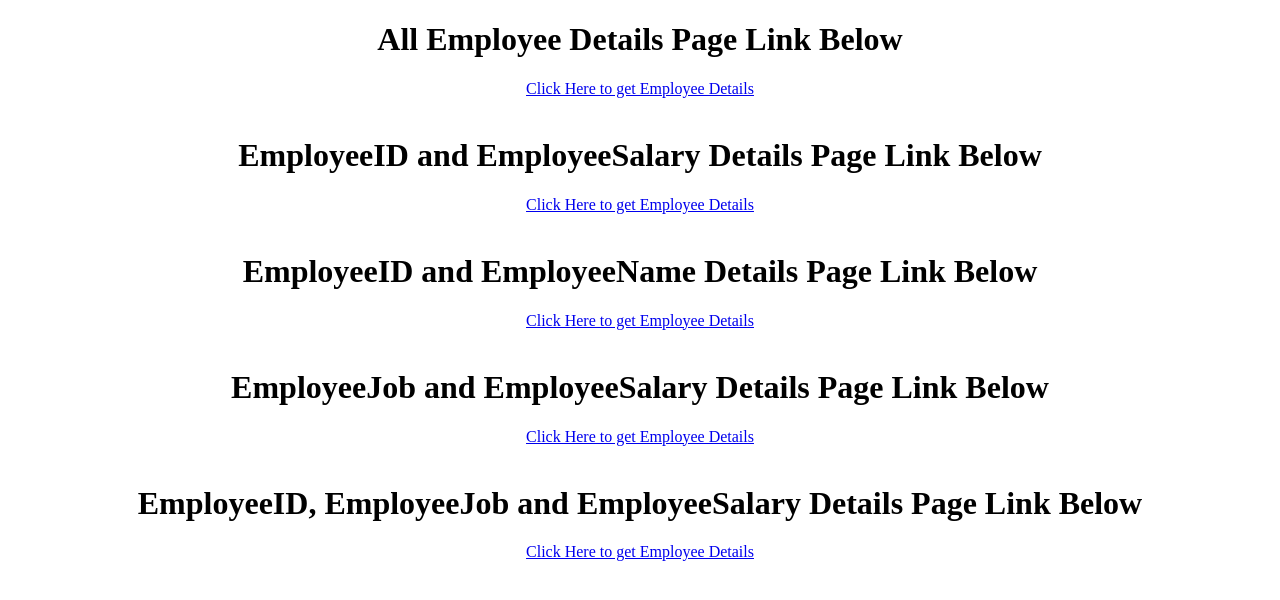
Repository: RhutujaBD/SpringMVCSession
Page: http://localhost/Spring-MVC-JDBCTemplate/WEB-INF/pages/home.jsp
The author's editor kept a copy of each file at every save. The page is drawn from the files as they stood at one save, then again after the next save.
The browser window is 1280 px wide. The pictures show the whole page.
The page is served by Tomcat 9. Nobody is signed in. The template is opened directly, without the code that normally fills it, so the values that code supplies are empty.

Above is the page before, as saved 2023-03-29 04:17:08.

After the next save:
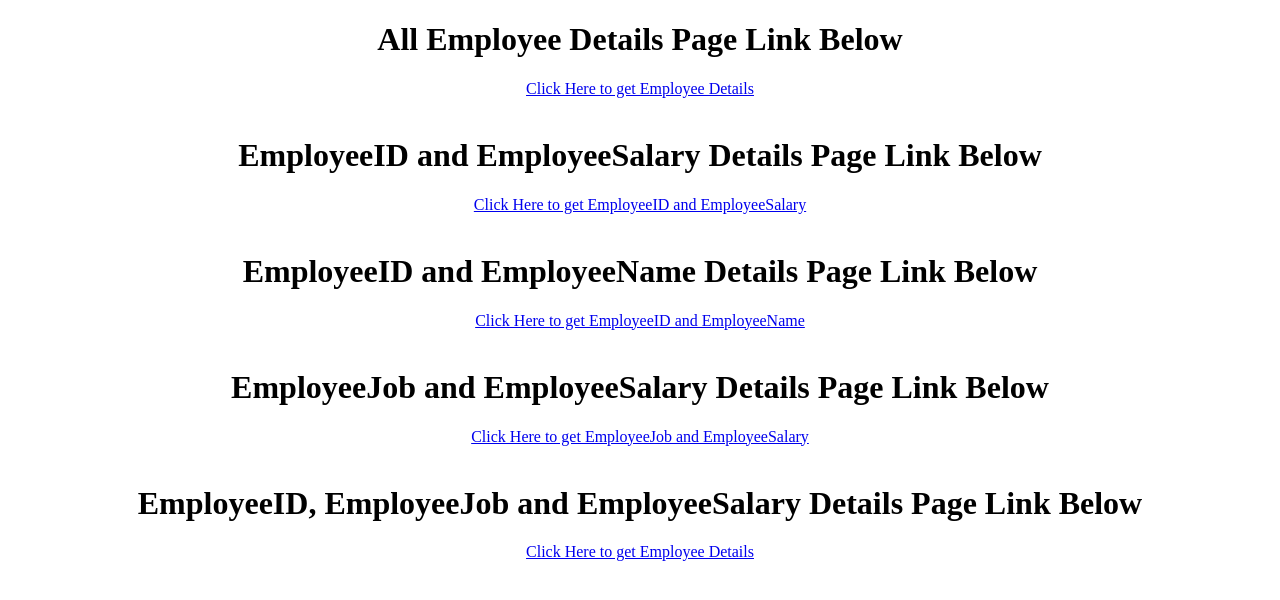
Saved 45 s later.
--- a/Spring-MVC-JDBCTemplate/src/main/webapp/WEB-INF/pages/home.jsp
+++ b/Spring-MVC-JDBCTemplate/src/main/webapp/WEB-INF/pages/home.jsp
@@ -11,13 +11,13 @@
 	<div align="center"><a href="list_employees.htm">Click Here to get Employee Details</a></div>
 	<br />
 	<h1 align="center">EmployeeID and EmployeeSalary Details Page Link Below</h1>
-	<div align="center"><a href="list_employees.htm">Click Here to get Employee Details</a></div>
+	<div align="center"><a href="list_employees.htm">Click Here to get EmployeeID and EmployeeSalary</a></div>
 	<br />
 	<h1 align="center">EmployeeID and  EmployeeName Details Page Link Below</h1>
-	<div align="center"><a href="list_employees.htm">Click Here to get Employee Details</a></div>
+	<div align="center"><a href="list_employees.htm">Click Here to get EmployeeID and  EmployeeName</a></div>
 	<br />
 	<h1 align="center">EmployeeJob and EmployeeSalary Details Page Link Below</h1>
-	<div align="center"><a href="list_employees.htm">Click Here to get Employee Details</a></div>
+	<div align="center"><a href="list_employees.htm">Click Here to get EmployeeJob and EmployeeSalary</a></div>
 	<br />
 	<h1 align="center">EmployeeID, EmployeeJob and EmployeeSalary Details Page Link Below</h1>
 	<div align="center"><a href="list_employees.htm">Click Here to get Employee Details</a></div>
